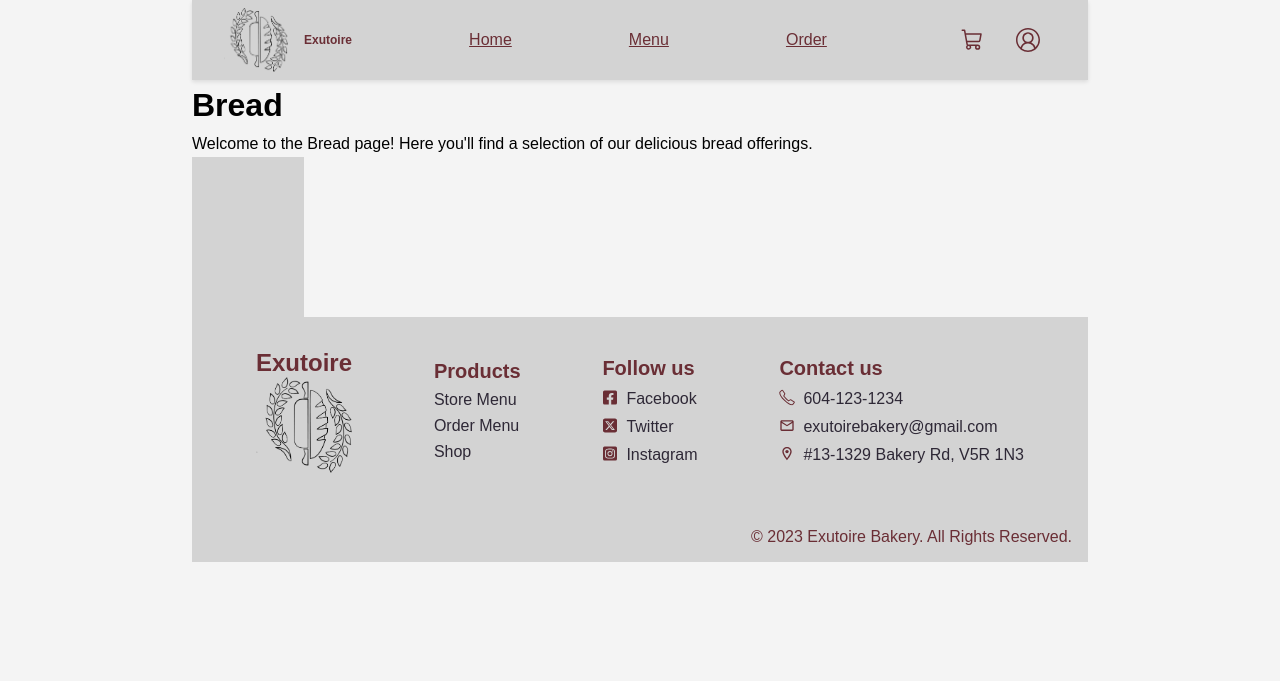
Repository: MelissaJacobi/COMP3170-final-proj
Page: /menu/bread
These files come from the project's save history. The page is drawn as it stood at one moment and after the next save; the edit follows.
The browser window is 1280 px wide. The pictures show the whole page.
The project was rebuilt for these pictures with package versions that can differ from the ones it lists, and the page was loaded fresh each time. Also part of the build but not shown: vite.config.js, src/pages/Home.module.css, src/components/Carousel.module.css, src/components/Carousel.tsx, src/components/Vision.module.css, src/components/Vision.tsx, src/components/MenuGallery.module.css, src/components/MenuGallery.tsx and 3 more.

Above is the page before, as saved 2024-10-07 19:39:04.

### src/main.jsx
import { StrictMode } from 'react'
import { createRoot } from 'react-dom/client'
import App from './App.jsx'
import './index.css'

const rootElement = document.getElementById('root');
if (rootElement) {
  createRoot(rootElement).render(
    <StrictMode>
      <App />
    </StrictMode>
  );
}

### src/App.jsx
// src/App.jsx

import { BrowserRouter as Router, Routes, Route } from 'react-router-dom';
import styles from './App.module.css';
import Header from './components/Header';
import Footer from './components/Footer';
import Home from './pages/Home';
import Menu from './pages/menu';
import Bread from './pages/Bread'; // Import Bread component

function App() {
  return (
    <Router>
      <div className={styles.appContainer}>
        <Header />
        <Routes>
          <Route path="/" element={<Home />} />
          <Route path="/menu" element={<Menu />} />
          <Route path="/menu/bread" element={<Bread />} /> {/* New route */}
        </Routes>
        <Footer />
      </div>
    </Router>
  );
}

export default App;

### src/index.css
* {
  margin: 0;
  padding: 0;
  box-sizing: border-box;
}

body {
  font-family: Arial, sans-serif;
  line-height: 1.6;
  background-color: #f4f4f4;
}

:root {
  --primary-color: lightgrey;
  --secondary-color: lightblue;
  --accent-color: #6A2E35;
  --background-color: white;
  --text-color: #2E2836;
}

### src/App.module.css
.appContainer {
    width: 70%;
    height: 100%;
    margin: auto;
}

### src/components/Header.tsx
// Header.tsx
import { Link } from 'react-router-dom';
import styles from './Header.module.css';
import logo from "../assets/images/logo.png";
import { PiShoppingCart } from "react-icons/pi";
import { VscAccount } from "react-icons/vsc";

export default function Header() {
  return (
    <div className={styles.container}>
      <div>
        <img src={logo} alt="Logo" className={styles.logo} />
        <p className={styles.siteTitle}>Exutoire</p>
      </div>
      <Link to="/" className={styles.links}>Home</Link>
      <Link to="/Menu" className={styles.links}>Menu</Link>
      <Link to="/order" className={styles.links}>Order</Link>
      <div>
        <PiShoppingCart className={styles.icon} />
        <VscAccount className={styles.icon} />
      </div>
    </div>
  );
}

### src/components/Footer.tsx
import logo from "../assets/images/logo.png"
import styles from "./Footer.module.css"
import { FaFacebookSquare } from "react-icons/fa";
import { FaSquareXTwitter } from "react-icons/fa6";
import { FaInstagramSquare } from "react-icons/fa";
import { SlPhone } from "react-icons/sl";
import { MdOutlineMailOutline } from "react-icons/md";
import { MdOutlineLocationOn } from "react-icons/md";

export default function Footer() {

  return (
    <>
      <div className={styles.container}>
        <div>
            <p className={styles.siteTitle}>Exutoire</p>
            <img src={logo} alt="Logo" className={styles.logo}/>
        </div>
        <ul>
          <p>Products</p>
          <li>Store Menu</li>
          <li>Order Menu</li>
          <li>Shop</li>
        </ul>
        <ul>
          <p>Follow us</p>
          <li><FaFacebookSquare className={styles.socialIcon}/>Facebook</li>
          <li><FaSquareXTwitter className={styles.socialIcon}/>Twitter</li>
          <li><FaInstagramSquare className={styles.socialIcon}/>Instagram</li>
        </ul>
        <ul>
          <p>Contact us</p>
          <li><SlPhone  className={styles.socialIcon}/>604-123-1234</li>
          <li><MdOutlineMailOutline className={styles.socialIcon}/>exutoirebakery@gmail.com</li>
          <li><MdOutlineLocationOn className={styles.socialIcon}/>#13-1329 Bakery Rd, V5R 1N3</li>
        </ul>
      </div>
      <p className={styles.copywrite}>© 2023 Exutoire Bakery.  All Rights Reserved.</p>
    </>
  )
}

### src/pages/Bread.jsx
import Product from "../components/product";

export default function Bread() {
    return (
      <div>
        <h1>Bread</h1>
        <p>Welcome to the Bread page! Here you'll find a selection of our delicious bread offerings.</p>
        <Product />
      </div>
    );
  }

### src/components/Header.module.css
.container {
    background-color: var(--primary-color);
    width: 100%;
    height: 5rem;
    display: flex;
    align-items: center;
    justify-content: space-between;
    padding: 2rem;
    position: sticky;
    top: 0;
    z-index: 1000;
    box-shadow: 0 2px 4px rgba(0, 0, 0, 0.1);
}

.logo {
    height: 4rem;
    width: 4rem;
}

.siteTitle {
    font-size: 12px;
    font-style: normal;
    font-weight: 700;
    line-height: normal;
    margin-left: 1rem;
    color: var(--accent-color)
}

.container div {
    display: flex;
    align-items: center;
}

.links {
    font-size: 16px;
    font-style: normal;
    font-weight: 400;
    line-height: normal;
    color: var(--accent-color)
}

.icon {
    height: 1.5rem;
    width: 1.5rem;
    margin: 1rem;
    color: var(--accent-color)
}

### src/components/Footer.module.css
.container {
    background-color: var(--primary-color);
    height: 100%;
    width: 100%;
    display: flex;
    align-items: center;
    justify-content: space-between;
    padding: 2rem 4rem;
}

.container div{
    text-align: center;
}

.logo {
    width: 6rem;
    height: 6rem;
}

.siteTitle {
    font-size: 24px;
    font-style: normal;
    font-weight: 700;
    line-height: normal;
    color: var(--accent-color)
}

.container ul p {
    color: var(--accent-color);
    font-size: 20px;
    font-style: normal;
    font-weight: 700;
    line-height: normal;
}

.container ul li {
    font-size: 16px;
    font-style: normal;
    font-weight: 400;
    line-height: normal;
    margin: 0.5rem 0rem;
    padding: 0;
    list-style-type: none;
    color: var(--text-color)
}

.socialIcon {
    transform: translateY(0.1rem);
    color: var(--accent-color);
    margin-right: 0.5rem;
}

.copywrite {
    width: 100%;
    text-align: right;
    padding: 1rem;
    font-size: 16px;
    font-style: normal;
    font-weight: 400;
    line-height: normal;
    color: var(--accent-color);
    background-color: var(--primary-color);
}

### src/components/product.jsx
import styles from './Product.module.css';

export default function Product() {
  return (
   <div className={styles.container}>

   </div>
);
}

### src/components/Product.module.css
.container {
    height: 10rem;
    width: 7rem;
    background-color: var(--primary-color);
}

Loaded but not shown: index.html (common file)

After the next save:
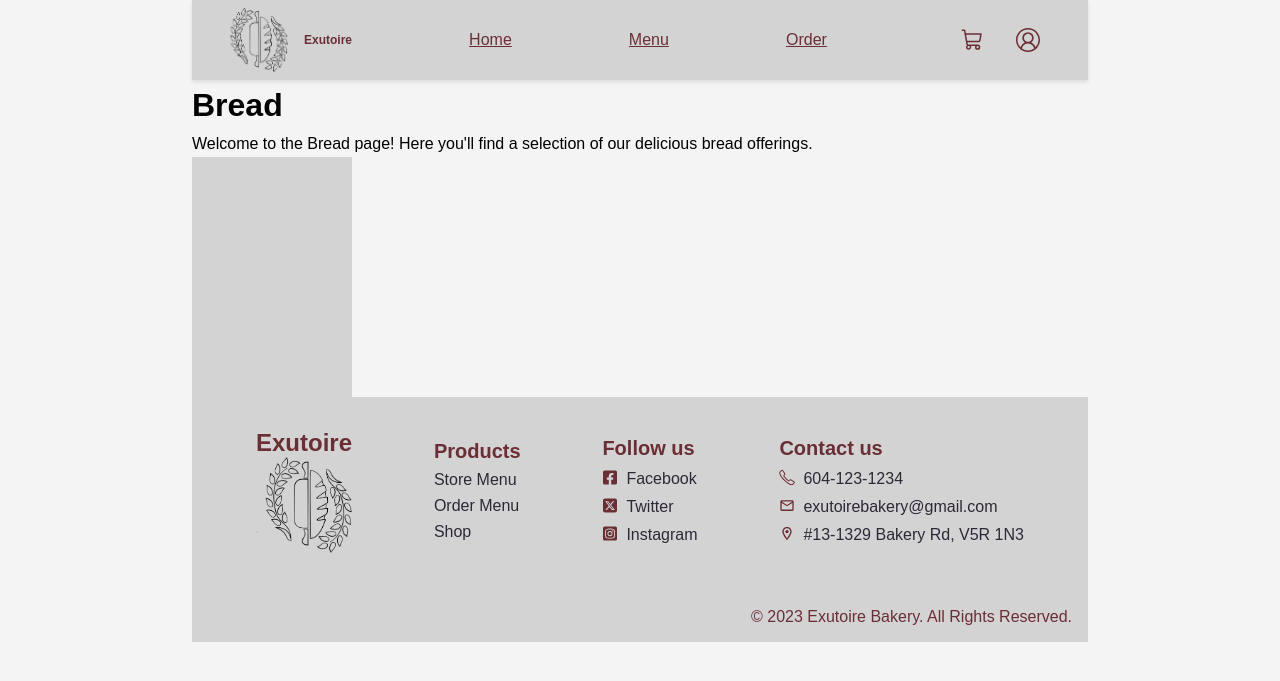
Saved 8 s later.
--- a/src/components/Product.module.css
+++ b/src/components/Product.module.css
@@ -1,5 +1,5 @@
 .container {
-    height: 10rem;
-    width: 7rem;
+    height: 15rem;
+    width: 10rem;
     background-color: var(--primary-color);
 }
